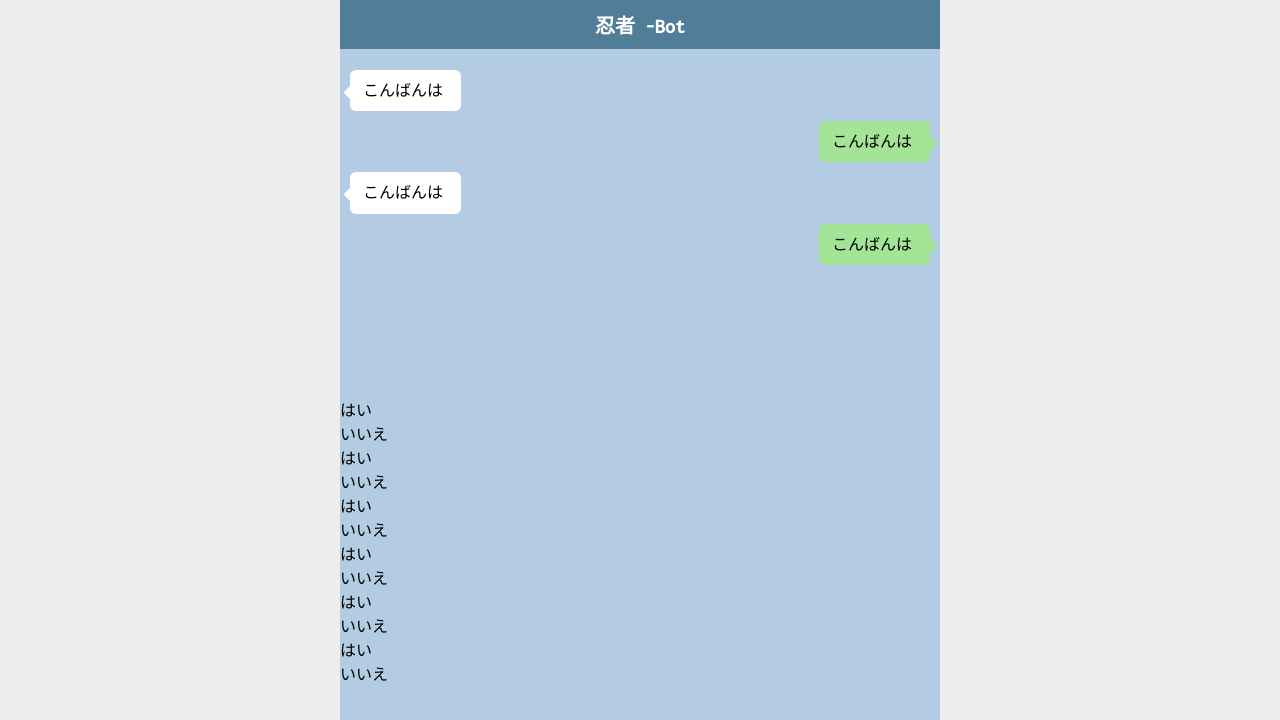
Repository: t0chan/bot
Page: index.html
These files come from the project's save history. The page is drawn as it stood at one moment and after the next save; the edit follows.
The browser window is 1280 px wide. The pictures show the whole page.

Above is the page before, as saved 2021-11-01 19:52:03.

### index.html
<!DOCTYPE html>
<html lang="ja">
<head>
    <meta charset="UTF-8">
    <meta http-equiv="X-UA-Compatible" content="IE=edge">
    <meta name="viewport" content="width=device-width, initial-scale=1.0">
    <link rel="preconnect" href="https://fonts.googleapis.com">
    <link rel="preconnect" href="https://fonts.gstatic.com" crossorigin>
    <link href="https://fonts.googleapis.com/css2?family=Inconsolata:wght@500&display=swap" rel="stylesheet">
    <link rel="stylesheet" href="style.css">
    <title>忍者bot</title>
</head>
<body>
   <div class="wrapper">
       <h1>忍者 -Bot</h1>

       <!-- 画面 -->
       <div id="chat-field">
           <ul id="chat-ul">
               <li>こんばんは</li>
               <li>こんばんは</li>
               <li>こんばんは</li>
               <li>こんばんは</li>
           </ul>
       </div>
       <!-- 入力場所、送信ボタン -->
       <div id="input-field">
           <ul id="select-list">
                <li>はい</li>
                <li>いいえ</li>
                <li>はい</li>
                <li>いいえ</li>
                <li>はい</li>
                <li>いいえ</li>
                <li>はい</li>
                <li>いいえ</li>
                <li>はい</li>
                <li>いいえ</li>
                <li>はい</li>
                <li>いいえ</li>
           </ul>
       </div>
   </div>
   <script src="https://code.jquery.com/jquery-3.5.0.js"></script>
   <script src="questions.js"></script>
   <script src="main.js"></script>
</body>
</html>

### style.css
* {
    margin: 0;
    padding: 0;
    list-style: none;
    box-sizing: border-box;
    font-family: -apple-system, BlinkMacSystemFont, "Helvetica Neue", YuGothic, "ヒラギノ角ゴ ProN W3", Hiragino Kaku Gothic ProN, Arial, "メイリオ", Meiryo, sans-serif;
}

body {
    background: #eee;
}

img {
    width: 100%;
    height: auto;
}

.wrapper {
    max-width: 600px;
    margin: 0 auto;
}
h1 {
    position: fixed;
    top: 0;
    left: 50%;
    transform: translateX(-50%);
    max-width: 600px;
    width: 100%;
    z-index: 10;
    padding: 10px 0;
    text-align: center;
    background: #517D99;
    color: #fff;
    font-size: 20px;
    font-family: 'Inconsolata', monospace;
}

#chat-field {
    height: 100vh;
    padding: 70px 0 140px 0;
    background: #b4cce3;
    overflow-x: hidden;
    overflow-y: scroll;
    -webkit-overflow-scrolling: touch;
}

/* スクロールバー消す */
#chat-field::-webkit-scrollbar {
    display: none;
}

#chat-ul {
    display: flex;
    flex-direction: column;
    padding-bottom: 50px;
}

#chat-ul li {
    background-color: #fff;
    position: relative;
    margin: 0 auto 10px 10px;
    word-wrap: break-word;
    display: inline-block;
    border-radius: 6px;
    min-height: 30px;
    max-width: 220px;
    padding: 7px 18px 7px 13px;
    line-height: 1.7em;

}
#chat-ul li::before {
    position: absolute;
    content: "";
    height: 10px;
    width: 10px;
    top: 50%;
    left: -8px;
    transform: rotate(45deg) translateY(-50%);
    background-color: #fff;

}

#chat-ul li:nth-child(even) {
    margin: 0 10px 10px auto;
    background-color: #a4e496;
}

#chat-ul li:nth-child(even)::before {
    background-color: #a4e496;
    left: calc(100% - 8px);
}

#input-field {
    position: fixed;
    width: 100vw;
    overflow: scroll;
    bottom: 35px;
    margin: 0 auto;
}

/* #select-list {
    display: flex;
    width: max-content;
    transform: translateY(100%);
    margin: 0 auto;
}

#select-list li {
    background-color: #686262;
    color: #fff;
    padding: 4px 13px 5px 13px;
    border-radius: 20px;
    margin-right: 8px;

}

#select-list li:last-child {
    margin-right: 0;
}
 */

Loaded but not shown: main.js (no copy from this time; the picture is the same without it); questions.js (no copy from this time; the picture is the same without it)

After the next save:
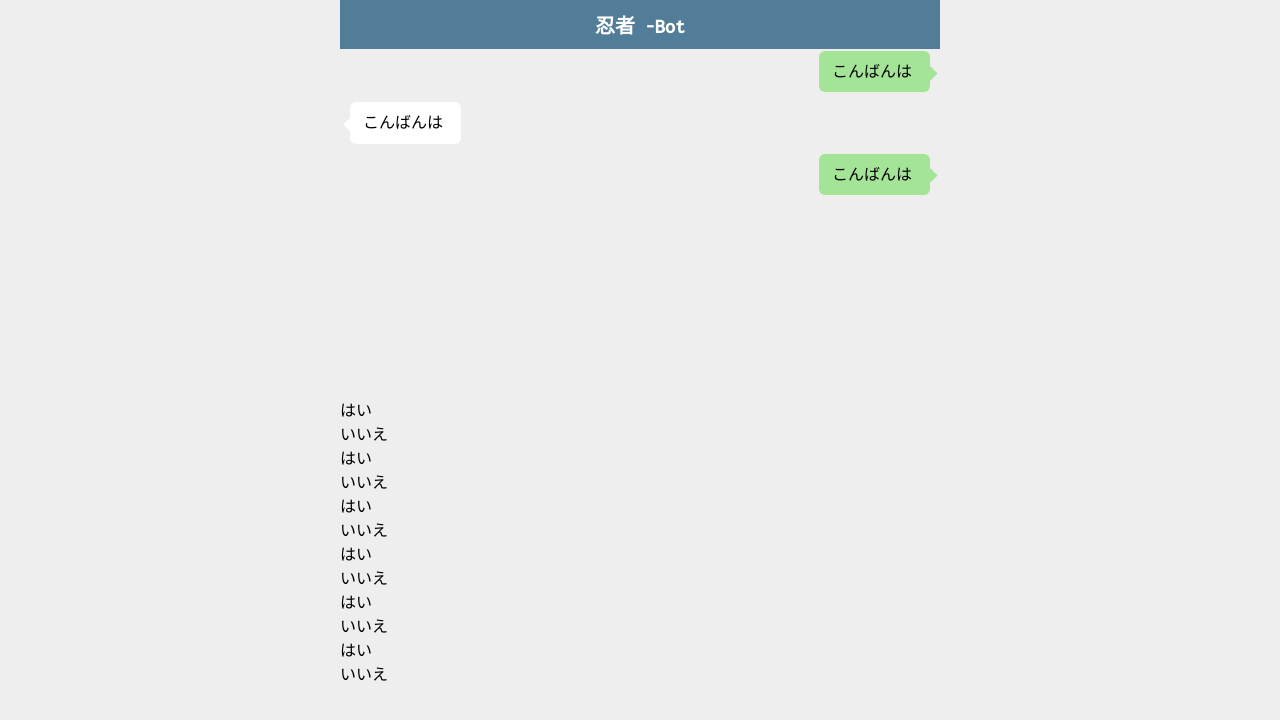
Saved 2 min 50 s later.
--- a/style.css
+++ b/style.css
@@ -35,19 +35,17 @@
     font-family: 'Inconsolata', monospace;
 }
 
-#chat-field {
+#field{
     height: 100vh;
     padding: 70px 0 140px 0;
-    background: #b4cce3;
+    background-color: #B4CCE3;
     overflow-x: hidden;
     overflow-y: scroll;
     -webkit-overflow-scrolling: touch;
-}
-
-/* スクロールバー消す */
-#chat-field::-webkit-scrollbar {
-    display: none;
-}
+  }
+  #field::-webkit-scrollbar {
+    display:none;
+  }
 
 #chat-ul {
     display: flex;

After the save that followed:
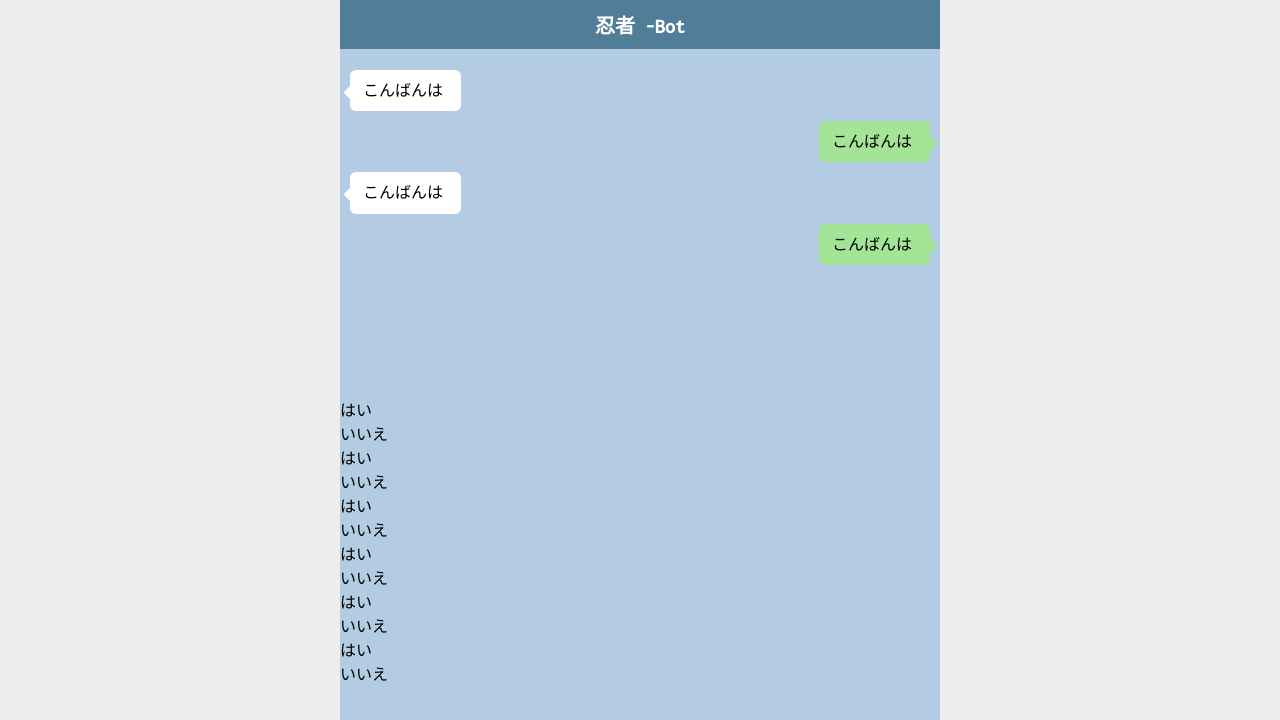
Saved 4 s later.
--- a/style.css
+++ b/style.css
@@ -35,7 +35,7 @@
     font-family: 'Inconsolata', monospace;
 }
 
-#field{
+#chat-field{
     height: 100vh;
     padding: 70px 0 140px 0;
     background-color: #B4CCE3;
